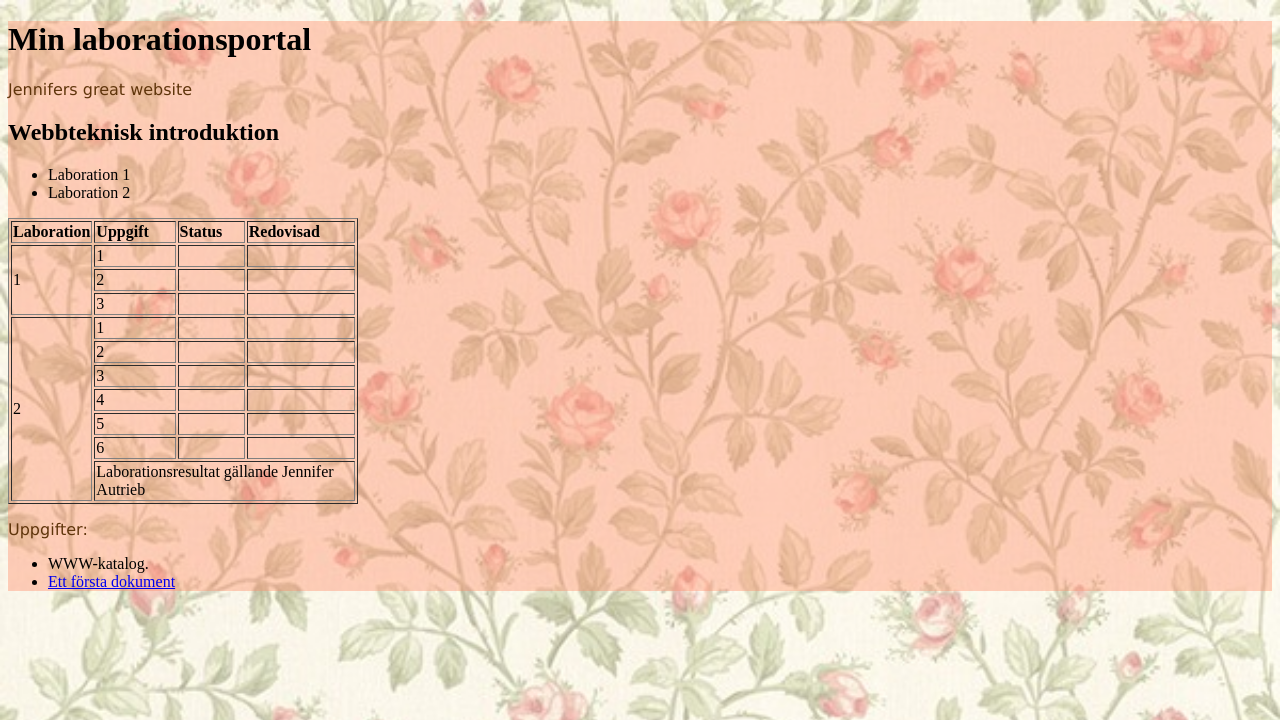
Repository: JeAut/1ik415-JeAut-laborationer
Page: WWW/pages/laborationer.html
The author's editor kept a record of every edit. The page is drawn from the files as they stood at one moment, then again after the next edit.
The browser window is 1280 px wide. The pictures show the whole page.

Above is the page before.

### WWW/pages/laborationer.html
<!DOCTYPE html>
<html>
    <head>
        <meta http-equiv="content-type" content="text/html; charset=utf-8" />
        <title>Laborationer</title>

        <link rel="stylesheet" href="../../css/style.css"/>
        <link rel="stylesheet" media="print" href="../../css/print.css"/>
        <link rel="stylesheet" media="screen and (min-width: 480px)" href="../../css/mobile.css"/>
        <link rel="shortcut icon" href="../pics/favicon.ico" type="image/x-icon"/>
    </head>
    <body>
    <div id="bgimage">
        <div id="body">
        <div id="header"><h1>Min laborationsportal</h1>
        <p>Jennifers great website</p>
        </div>

        <!--
        <ul class="sidemenu">
        <div id="navigation">
            <div id="bc">
            <div id="ulsidemenu">
            <div id="ulsidemenu2">
            <li><a href="../../index.html" class="buttonstart"> Start</a></li>
            </div>
            <div id="ulsidemenu3">
            <li><a href="Presentation.html" class="buttonpresent"> Presentation</a></li>
            </div>
            <div id="ulsidemenu4">
            <li><a href="kontakt.html" class="buttonkontakt"> Kontakt</a></li>
            </div>
            <div id="ulsidemenu5">
            <li><a href="laborationer.html" class="active buttonlabb"> Laborationer</a></li>
            </div>
            </div>
            </div>
            </div>
        </ul>
        -->
        <div id="container"><h2>Webbteknisk introduktion</h2>

        <ul>
            <li>Laboration 1</li>
            <li>Laboration 2</li>
        </ul>

        <table width="350" border="1">
        <tr>
        <td><b>Laboration</b></td>
        <td><b>Uppgift</b></td>
        <td><b>Status</b></td>
        <td><b>Redovisad</b></td>
        </tr>
        <tr>
            <td rowspan="3">1</td>
            <td>1</td>
            <td></td>
            <td></td>
        </tr>
        <tr>
            <td>2</td>
            <td></td>
            <td></td>
        </tr>
        <tr>
            <td>3</td>
            <td></td>
            <td></td>
        </tr>
        <tr>
            <td rowspan="9">2</td>
            <td>1</td>
            <td></td>
            <td></td>
        </tr>
        <tr>
            <td>2</td>
            <td></td>
            <td></td>
        </tr>
        <tr>
            <td>3</td>
            <td></td>
            <td></td>
        </tr>
        <tr>
            <td>4</td>
            <td></td>
            <td></td>
        </tr>
        <tr>
            <td>5</td>
            <td></td>
            <td></td>
        </tr>
        <tr>
            <td>6</td>
            <td></td>
            <td></td>
        </tr>
        <td colspan="4">Laborationsresultat gällande Jennifer Autrieb</td>
        </table>

        <p>Uppgifter:</p>

        <ul>
        <li>WWW-katalog.</li>
        <li><a href="Presentation.html#doc"> Ett första dokument</a></li>
        </ul>
        </div>
        </div>
        </div>
    </body>
</html>

### css/style.css
/*Layout*/

#navigation {
    display:block;
    float:left;
    width:31.25%;
}

#container {
    display:block;
    margin-left:200px;
    width:62.5%;
}

#header {
    display:block;
    margin-left:200px;
}

#body {
    width:960px;
    margin: 0 auto;
    background-color: rgba(255, 139, 102, 0.4);
}

body {
    background-image:url(floral.jpg);
    -webkit-background-size: cover;
    -moz-background-size: cover;
    -o-background-size: cover;
    background-size: cover;
}

#image {
    float:right;
    border-left:4px solid #000;
    border-right:4px solid #000;
    border-top:4px solid #000;
    border-bottom:4px solid #000;
    display:block;
}


#image2 {
    float:left;
    border-left:4px solid #000;
    border-right:4px solid #000;
    border-top:4px solid #000;
    border-bottom:4px solid #000;
    display:block;
}


#navigation {
    background-color:#F6DEA5;
    width:150px;

}

#navigation ul {
   list-style:none;
   padding:0px;
   margin:0px;
}

#navigation li {
   font-family:Verdana, Arial;
    border-top:1px solid #6F3E04;
    border-left:1px solid #6F3E04;
    border-right:1px solid #6F3E04;
    border-bottom:1px solid #6F3E04;
}

#navigation a {
    text-decoration:none;
    display:block;
    color:#994C00;
    font-weight:bold;
    padding:2px 10px;
}
#navigation a:hover {
    background-color:#B9BB79;
    color:#EEEEDC;
}


/*Listelement <li> meny

#bc {
    background-color:#D8B774;
}

#ulsidemenu {
    padding:0px;
    margin:0px;
    list-style:none;
    font-family:Verdana, Arial, Helvetica, sans-serif;
    border-bottom:1px solid #6F3E04;
    width:150px;
    background-color:#F6DEA5;
}

#ulsidemenu2 {
    border-top:1px solid #6F3E04;
    border-left:1px solid #6F3E04;
    border-right:1px solid #6F3E04;
}

#ulsidemenu3 {
    border-top:1px solid #6F3E04;
    border-left:1px solid #6F3E04;
    border-right:1px solid #6F3E04;
}

#ulsidemenu4 {
    border-top:1px solid #6F3E04;
    border-left:1px solid #6F3E04;
    border-right:1px solid #6F3E04;
}

#ulsidemenu5 {
    border-top:1px solid #6F3E04;
    border-left:1px solid #6F3E04;
    border-right:1px solid #6F3E04;
}

a {
    text-decoration:none;
    display:block;
    width:128px;
    color:#994C00;
    font-weight:bold;
    padding:2px 10px;
}
a:hover {
    background-color:#B9BB79;
    color:#EEEEDC;
}
*/

/*Typografi*/

p {
    color:#5F350B;
    font-family:Verdana, Arial, Helvetica, sans-serif;
}

p1 {
    color:#29640F;
    font-family:"Trebuchet MS", Helvetica, sans-serif;
}

.active {
    background-color:#660000;
}

/*Sprites*/

.buttonstart {
    background-image:url(../WWW/pics/sprite.png);
    background-repeat:no-repeat;
    background-position:0px -48px;
    text-indent:15px;
}

.buttonstart:hover {
    background-image:url(../WWW/pics/sprite.png);
    background-repeat:no-repeat;
    background-position:0px 0px;
    text-indent:15px;
}

.buttonpresent {
    background-image:url(../WWW/pics/sprite.png);
    background-repeat:no-repeat;
    background-position:0px -239px;
    text-indent:15px;
}

.buttonpresent:hover {
    background-image:url(../WWW/pics/sprite.png);
    background-repeat:no-repeat;
    background-position:0px -192px;
    text-indent:15px;
}

.buttonkontakt {
    background-image:url(../WWW/pics/sprite.png);
    background-repeat:no-repeat;
    background-position:0px -336px;
    text-indent:15px;
}

.buttonkontakt:hover {
    background-image:url(../WWW/pics/sprite.png);
    background-repeat:no-repeat;
    background-position:0px -288px;
    text-indent:15px;
}

.buttonlabb {
    background-image:url(../WWW/pics/sprite.png);
    background-repeat:no-repeat;
    background-position:0px -144px;
    text-indent:15px;
}

.buttonlabb:hover {
    background-image:url(../WWW/pics/sprite.png);
    background-repeat:no-repeat;
    background-position:0px -96px;
    text-indent:15px;
}

### css/mobile.css
/*För skärmar med bredden 480px eller mindre*/

#body{
    width:100%;
}
#container {
	width: 100%;
	float: none;
	margin: 0 auto;
}
#navigation {
	width: 100%;
	float: none;
}

#header {
    margin: 0 auto;
}

img {
    max-width:100%;
}

Loaded but not shown: css/print.css (no copy from this time; the picture is the same without it)

After the next edit:
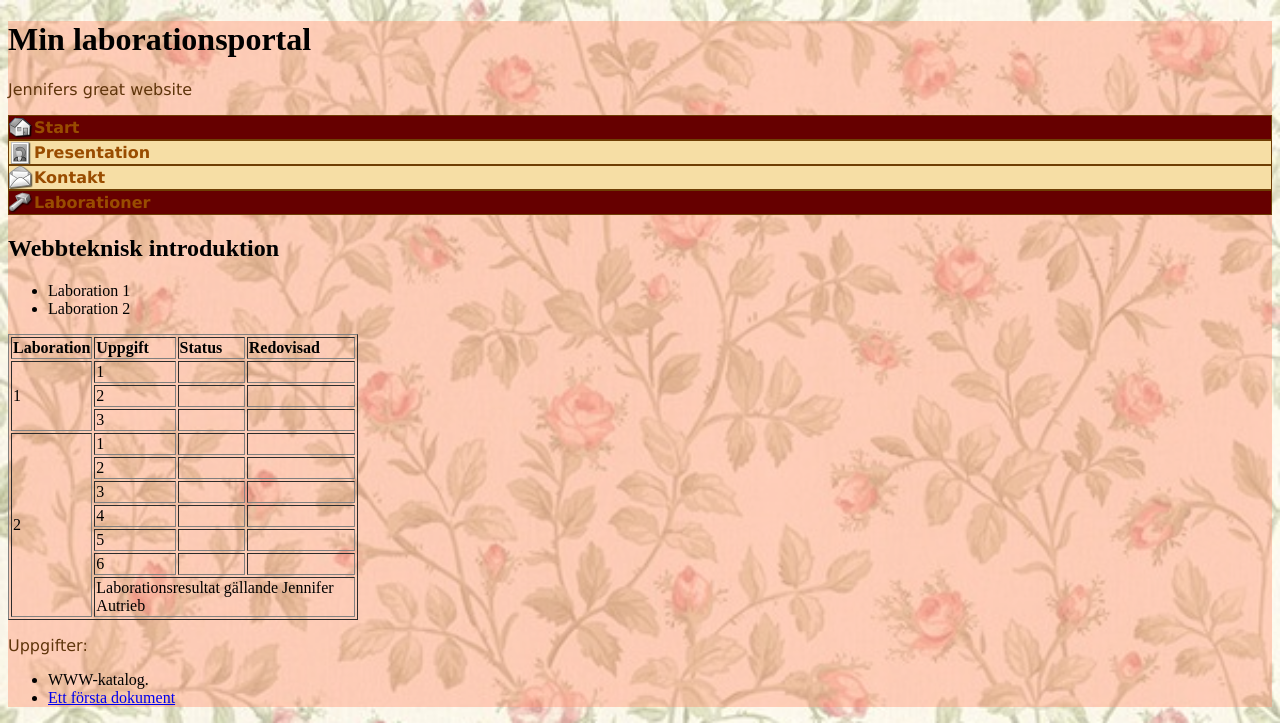
The edit:
--- a/WWW/pages/laborationer.html
+++ b/WWW/pages/laborationer.html
@@ -15,6 +15,15 @@
         <div id="header"><h1>Min laborationsportal</h1>
         <p>Jennifers great website</p>
         </div>
+
+        <div id="navigation">
+    <ul>
+        <li><a href="../index.html" class="active buttonstart"> Start</a></li>
+        <li><a href="Presentation.html" class="buttonpresent"> Presentation</a></li>
+        <li><a href="kontakt.html" class="buttonkontakt"> Kontakt</a></li>
+        <li><a href="laborationer.html" class="active buttonlabb"> Laborationer</a></li>
+    </ul>
+</div>
 
         <!--
         <ul class="sidemenu">
